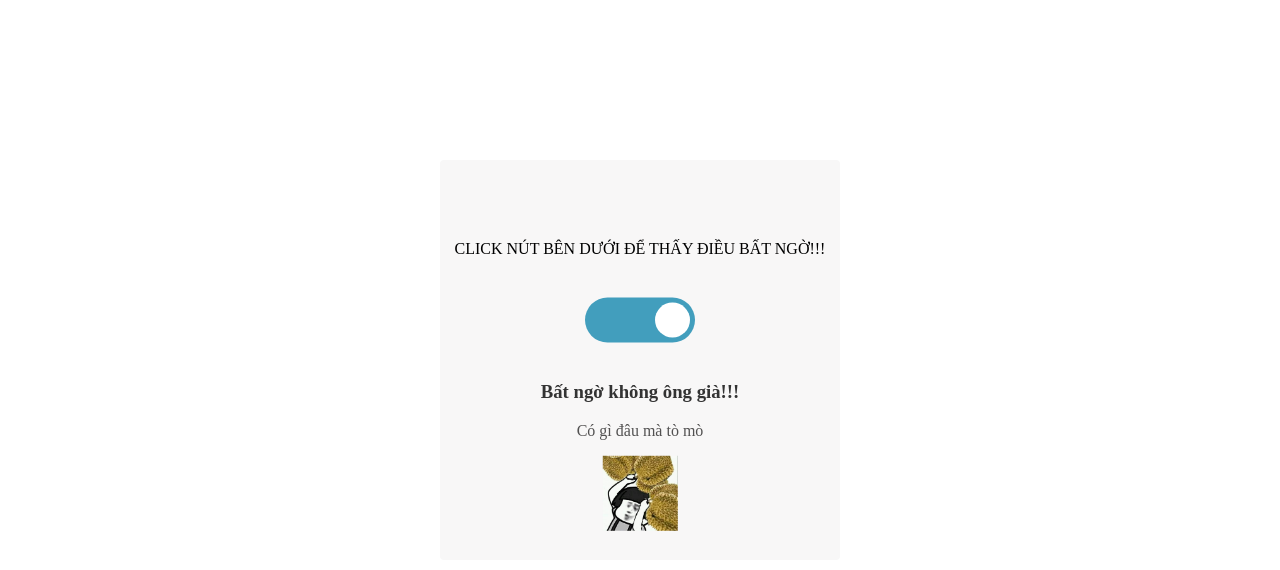
Repository: haokiet2501/troll-my-react
Page: /, after clicking the first element matching `div.toggle-center`
The author's editor kept a copy of each file at every save. The page is drawn from the files as they stood at one save, then again after a run of saves.
The browser window is 1280 px wide. The pictures show the whole page.
The project was rebuilt for these pictures with package versions that can differ from the ones it lists, and the page was loaded fresh each time.

Above is the page before, as saved 2022-07-30 23:23:45.

### src/index.css
.toggle-center {
  position: absolute;
  top: 50%;
  left: 50%;
  transform: translate(-50%, -50%);
  width: 25rem;
  height: 25rem;
  border-radius: 0.25rem;
  background-color: #f8f7f7;
}

.toggle-center:hover {
  box-shadow: 0 4px 8px rgba(0, 0, 0, 0.25);
}

.toggle {
  position: absolute;
  top: 40%;
  left: 50%;
  transform: translate(-50%, -50%);
}

.todo-center {
  position: absolute;
  top: 62%;
  left: 50%;
  transform: translate(-50%, -50%);
  z-index: 999;
}

.todo-center .todo-img img {
  object-fit: cover;
  width: 75px;
  height: 75px;
}

.todo-img {
  display: flex;
  justify-content: center;
  align-items: center;
}

.toggle {
  width: 100px;
  height: 35px;
  background-color: #ccc;
  padding: 5px;
  border-radius: 100rem;
  cursor: pointer;
}

.toggle.active {
  background-color: #429EBD;
}

.toggle-title {
  position: relative;
  top: 20%;
  text-transform: uppercase;
  display: flex;
  justify-content: center;
  align-items: center;
}

.spinner {
  position: absolute;
  width: 35px;
  height: 35px;
  left: 0;
  margin-left: 5px;
  border-radius: 50%;
  background-color: #fff;
  transition: 0.3s linear;
}

.spinner.active {
  transform: translateX(65px);
  transition: 0.3s linear;
}

.toggle-on {
  margin-right: 0.5rem;
}

h3 {
  color: #333;
}

p {
  color: rgb(82, 81, 81);
  display: flex;
  justify-content: center;
  align-items: center;
}

### src/App.js
import Toggle from "./components/Toggle";

function App() {
  return (
    <>
      <Toggle />
    </>
  );
}

export default App;

### src/components/Toggle.jsx
import { useState } from "react"
import Todo from "./Todo";

const Toggle = () => {
    const [on, setOn] = useState(false);

    const handleClick = () => {
        setOn((on) => !on);
    }

    return (
        <>
            {on && <Todo />}
            <div className="toggle-center" onClick={handleClick}>
                <div className="toggle-title">Click nút bên dưới để thấy điều bất ngờ!!!</div>
                <div className={`toggle ${on ? 'active' : ''}`}>
                    <div className={`spinner ${on ? 'active' : ''}`}></div>
                </div>
            </div>
        </>
    )
}

export default Toggle

### src/components/Todo.jsx
import React from 'react'
import troll from '../imgs/troll.jpg'

const Todo = () => {
    return (
        <div className='todo-center'>
            <h3>Bất ngờ không ông già!!!</h3>
            <p>Có gì đâu mà tò mò</p>
            <div className="todo-img">
                <img src={troll} alt="" />
            </div>
        </div>
    )
}

export default Todo

Loaded but not shown: public/index.html (common file); src/index.js (common file); src/reportWebVitals.js (common file)

After the next 2 saves:
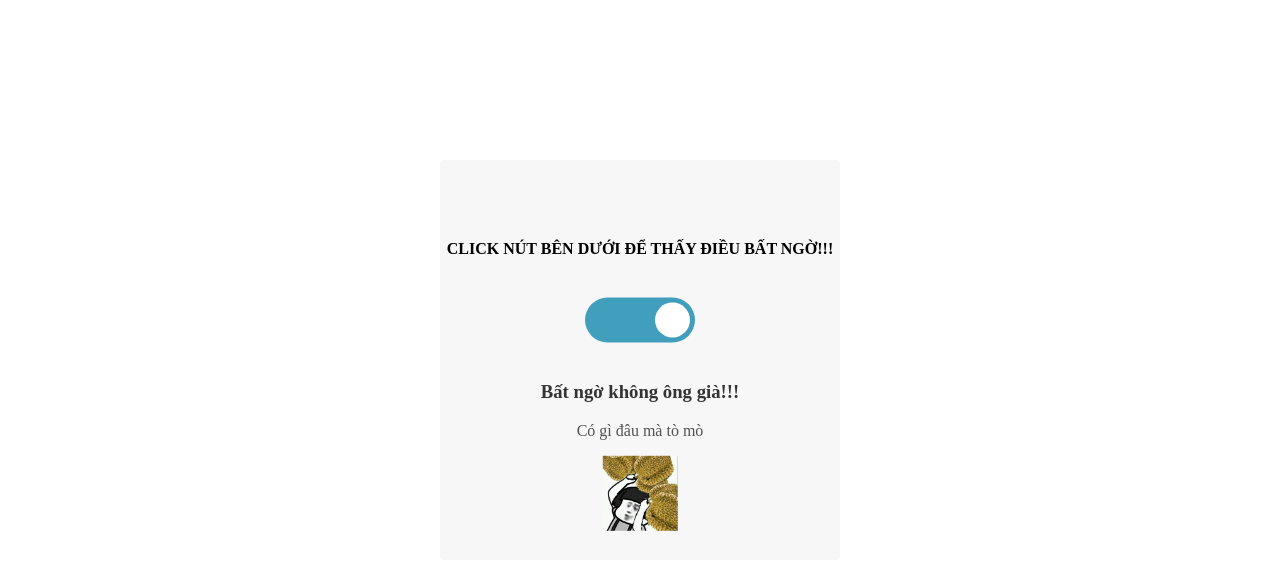
The 2 saves are shown as one change because they came seconds apart.
The last was saved 16 s later.
--- a/src/index.css
+++ b/src/index.css
@@ -56,6 +56,7 @@
 .toggle-title {
   position: relative;
   top: 20%;
+  font-weight: 600;
   text-transform: uppercase;
   display: flex;
   justify-content: center;
